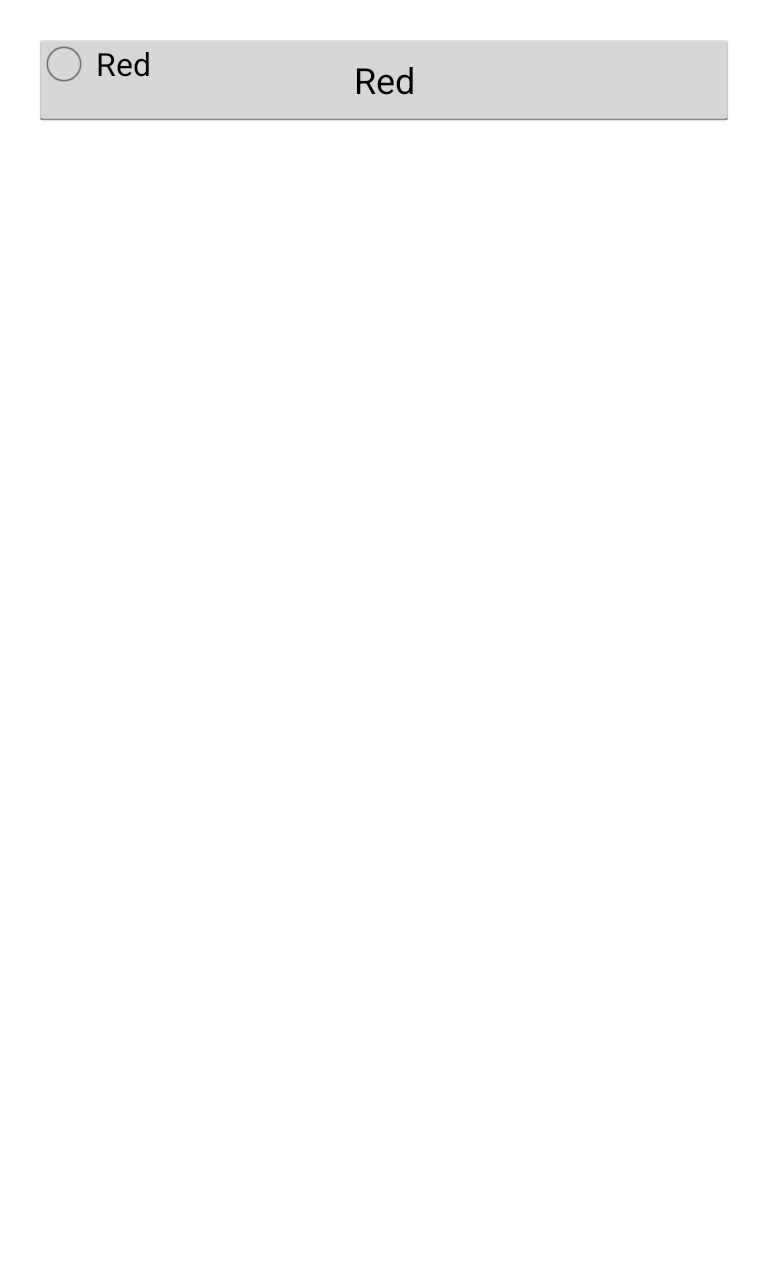
Repository: PatKelsh/IS-413
Layout: SimpleEvent/res/layout/activity_main.xml
These files come from the project's save history. The layout is drawn as it stood at one moment and after the next save; the edit follows.
It is drawn on a 768 x 1280 px phone screen (xhdpi) without system bars, with theme AppTheme; the app's code is not run.

Above is the layout before, as saved 2015-02-11 01:43:04.

### SimpleEvent/res/layout/activity_main.xml
<RelativeLayout xmlns:android="http://schemas.android.com/apk/res/android"
    xmlns:tools="http://schemas.android.com/tools"
    android:layout_width="match_parent"
    android:layout_height="match_parent"
    android:paddingBottom="@dimen/activity_vertical_margin"
    android:paddingLeft="@dimen/activity_horizontal_margin"
    android:paddingRight="@dimen/activity_horizontal_margin"
    android:paddingTop="@dimen/activity_vertical_margin"
    tools:context="com.example.simpleevent.MainActivity" >

    <Button
        android:id="@+id/button1"
        android:layout_height="wrap_content"
        android:layout_width="match_parent"
        android:text="@string/red_prompt"
        />

    <RadioGroup
        android:layout_width="match_parent"
        android:layout_height="match_parent" >

        <RadioButton
            android:id="@+id/radio_button1"
            android:layout_height="wrap_content"
            android:layout_width="wrap_content"
            android:text="@string/red_prompt"
            />

    </RadioGroup>

</RelativeLayout>

### SimpleEvent/res/values/strings.xml
<?xml version="1.0" encoding="utf-8"?>
<resources>

    <string name="app_name">Simple Event</string>
    <string name="action_settings">Settings</string>
    <string name="red_prompt">Red</string>
    <string name="blue_prompt">Blue</string>
    <string name="green_prompt">Green</string>
    <string name="yellow_prompt">Yellow</string>

</resources>

Loaded but not shown: SimpleEvent/res/values/styles.xml (common file); SimpleEvent/res/values-v11/styles.xml (common file); SimpleEvent/res/values-v14/styles.xml (common file); SimpleEvent/res/values/dimens.xml (common file); SimpleEvent/res/values-w820dp/dimens.xml (common file)

After the next save:
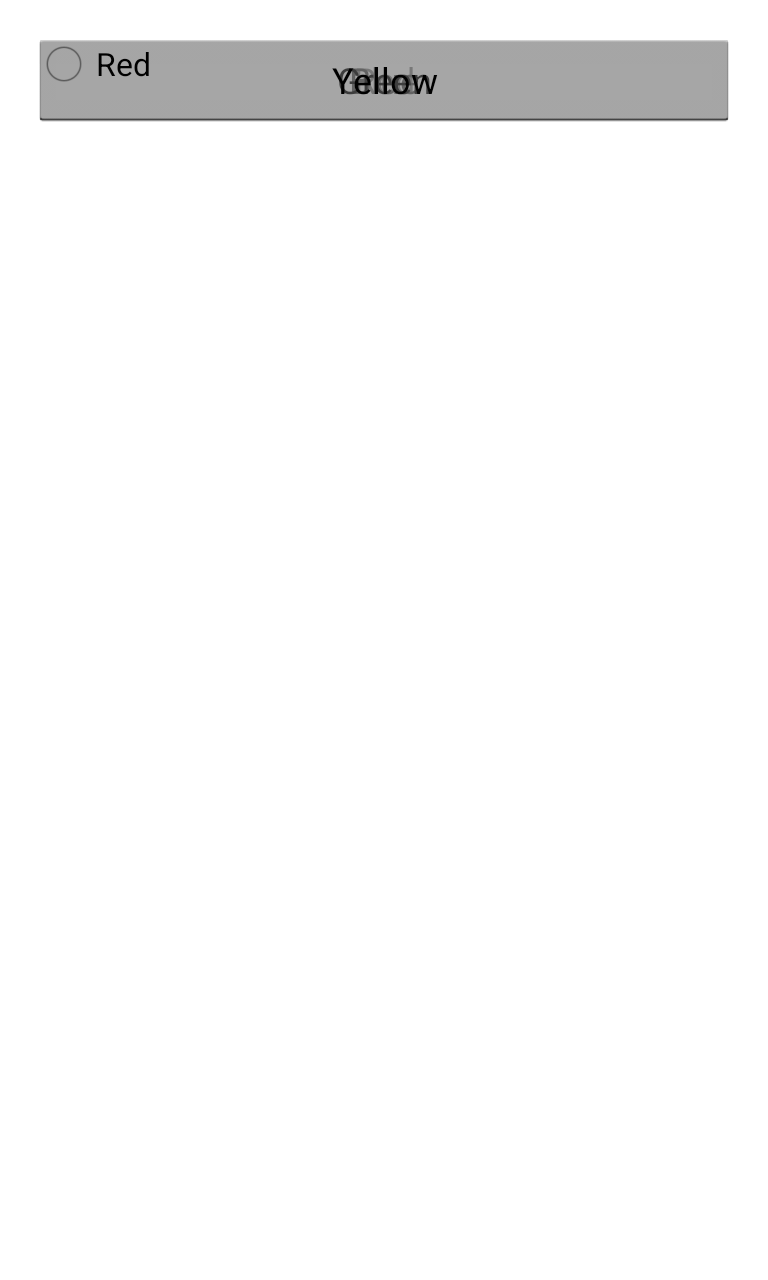
Saved 5 min 13 s later.
--- a/SimpleEvent/res/layout/activity_main.xml
+++ b/SimpleEvent/res/layout/activity_main.xml
@@ -14,6 +14,24 @@
         android:layout_width="match_parent"
         android:text="@string/red_prompt"
         />
+    <Button
+        android:id="@+id/button2"
+        android:layout_height="wrap_content"
+        android:layout_width="match_parent"
+        android:text="@string/blue_prompt"
+        />
+    <Button
+        android:id="@+id/button3"
+        android:layout_height="wrap_content"
+        android:layout_width="match_parent"
+        android:text="@string/green_prompt"
+        />
+    <Button
+        android:id="@+id/button4"
+        android:layout_height="wrap_content"
+        android:layout_width="match_parent"
+        android:text="@string/yellow_prompt"
+        />
 
     <RadioGroup
         android:layout_width="match_parent"
